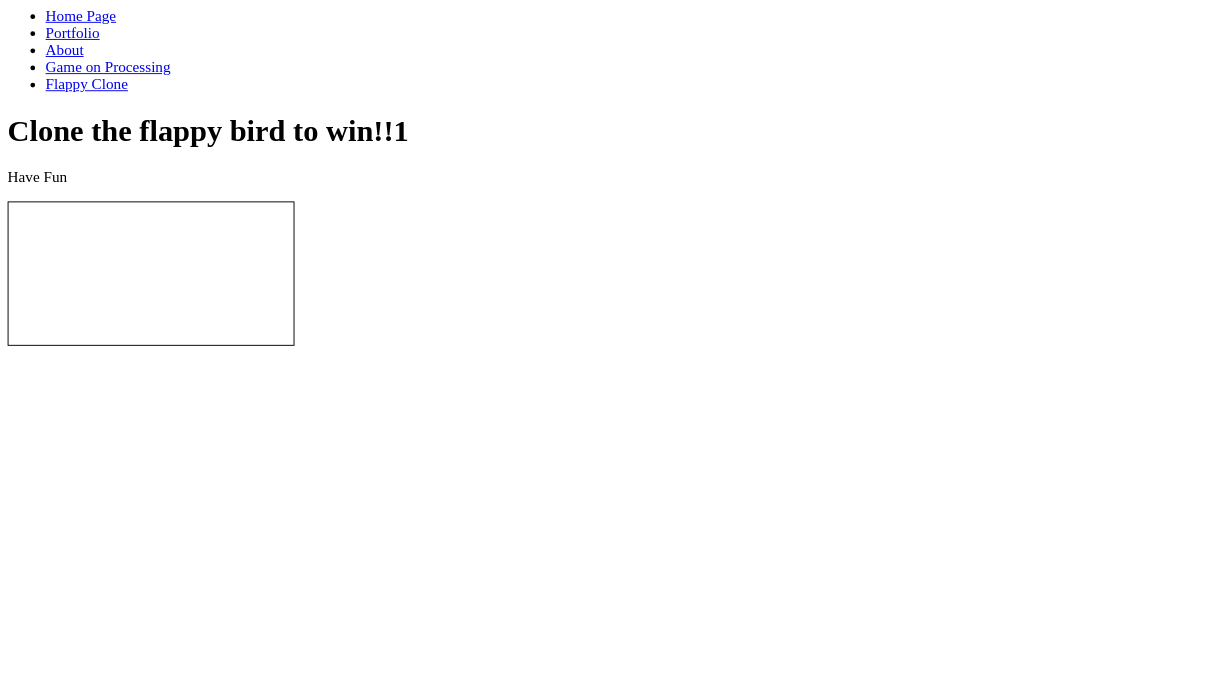
Repository: NinjaPopa/NinjaPopa.github.io
Page: Clone.html
The author's editor kept a record of every edit. The page is drawn from the files as they stood at one moment, then again after the next edit.
The browser window is 1280 px wide. The pictures show the whole page, at 95% of full size.

Above is the page before.
Console error: SyntaxError: Unexpected token ';'

### Clone.html
<html>

  <head>
      <meta http-equiv="Content-Type" content="text/html; charset=UTF-8" />
      <title>Flappy Clone</title>
      <script type="text/javascript" src="js/processing.js"></script>
  </head>
<body>
    <ul>
         <li> <a href="index.html">Home Page</a></li>
       <li><a href="portfolio.html">Portfolio</a></li>
       <li><a href="about.html">About</a></li>
       <li><a href = "n.html">Game on Processing</a> </li>
        <li><a href = "Clone.html">Flappy Clone</a></li>
    </ul>

    <h1>Clone the flappy bird to win!!1</h1>
    <p>Have Fun</p>
    <script type="text/processing">



  PImage bg, character1, topPipe, botPipe;
  int bgx, bgy, g, cx, cy, Vcy;
  int[] pipeX, pipeY;
  int gameState, scoreX;

  void setup (){
  size(1000,800);

  bg = loadImage("./img/Star.png");

  character1 = loadImage("./img/Clone.png");
  topPipe = loadImage("./img/PipeDown.png");
  botPipe = loadImage("./img/Pipe.png");
  g = 1;
  cx = 50;
  cy = 50;
  pipeX = new int[6];
  pipeY = new int[pipeX.length];
  for(int i = 0; i < 6; i++){
      pipeX[i] = 200 * i;
      pipeY[i] =
  }

  gameState = -1;
  }

  void draw(){
       image(bg,0,0);
  }
  /*
  if(gameState == -1){
    startScreen();

  }
   else if(gameState==0){
    setBg();
    setPipes();
    character();
    scoreX();
  }
  else{
   text("You lose loser", 450,450);
  }
  }

  void scoreX(){
  textSize(40);
  text("Score: " + scoreX, width - 170, 40);
  }
*/
  void startScreen(){
  image(bg,0,0);
  textSize(40);
  text("Welcome to Flappy clone, Click to start",50,100);
  if(mousePressed){
    cy = height/2;
    gameState = 0;
  }

 }

 /*
  void mousePressed(){
  Vcy = -10;
  }
  void setBg(){
  image(bg,bgx,bgy);
  image(bg,bgx+bg.width,bgy);
  bgx = bgx -1;
  if(bgx<-bg.width){
    bgx = 0;
  }
  }
  void character(){
  image(character1,cx,cy);
  cy = cy + Vcy;
  Vcy = Vcy + g;
  if(cy > 800 && cy < 0){
     text("Nooooooooo you killed a trooper", 40,42);
   gameState =1;
  }
  }
  */


  /*
  void setPipes(){
   for(int i = 0; i < pipeX.length; i+1){
     image(topPipe, pipeX[i], pipeY[i]);
     image(botPipe,pipeX[i], pipeY[i]+680);
      pipeX[i]-= 2;
           if(pipeX[i] < -200){
       pipeX[i] = width;
     }
     if(cx > (pipeX[i]- 70 )&& cx < pipeX[i] +66){
      if(!(cy > pipeY[i] + 365 && cy < pipeY[i] + 365 + 180 )){
        gameState = 1;
      }
        else if(cx==pipeX[i] && cx==pipeX[i]+1){
         score+1;
        }
     }
    }
  }
  */
    </script>
        <canvas id="sketch" style="border: 1px solid black;"></canvas>

</body>

</html>

Loaded but not shown: js/processing.js (library)

After the next edit:
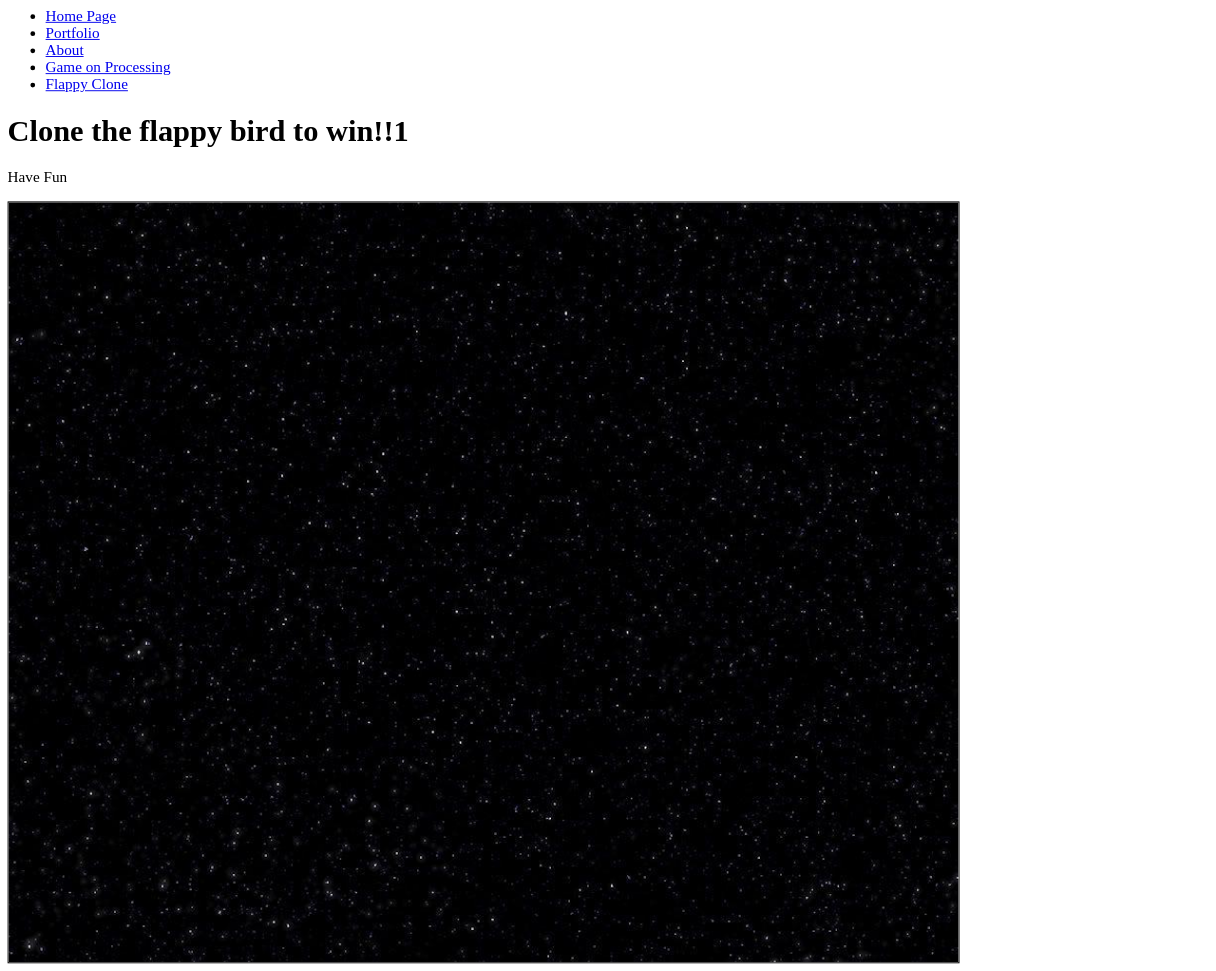
The error is gone.
The edit:
--- a/Clone.html
+++ b/Clone.html
@@ -38,9 +38,10 @@
   cy = 50;
   pipeX = new int[6];
   pipeY = new int[pipeX.length];
-  for(int i = 0; i < 6; i++){
-      pipeX[i] = 200 * i;
-      pipeY[i] =
+
+  for(int i = 0; i < pipeX.length; i++){
+     pipeX[i] = width + 200*i;
+     pipeY[i] = (int)random(-350, 0);
   }
 
   gameState = -1;
